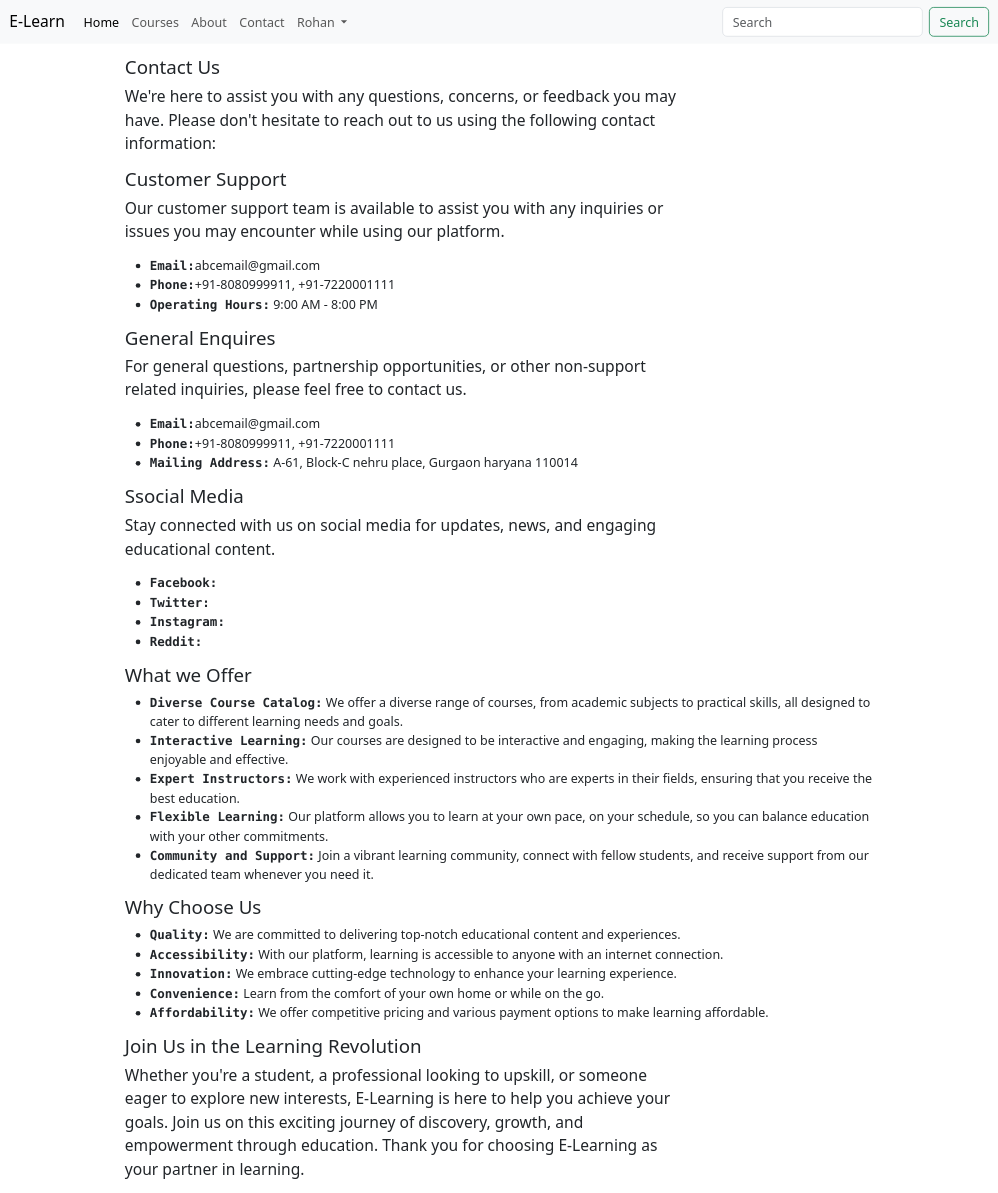
Repository: syni18/bootstrap_elarn
Page: Contact.html
An editor plug-in stored every save of this project. The page is shown before and after the next save, followed by the edit.
The browser window is 1280 px wide. The pictures show the whole page, at 78% of full size.

Above is the page before, as saved 2023-10-25 23:41:59.

### Contact.html
<!DOCTYPE html>
<html lang="en">
  <head>
    <meta charset="utf-8" />
    <meta name="viewport" content="width=device-width, initial-scale=1" />
    <title>E-Learning</title>
    <link
      href="https://cdn.jsdelivr.net/npm/bootstrap@5.3.2/dist/css/bootstrap.min.css"
      rel="stylesheet"
      integrity="sha384-T3c6CoIi6uLrA9TneNEoa7RxnatzjcDSCmG1MXxSR1GAsXEV/Dwwykc2MPK8M2HN"
      crossorigin="anonymous"
    />
  </head>
  <body>
    <nav class="navbar navbar-expand-lg bg-body-tertiary">
      <div class="container-fluid">
        <a class="navbar-brand" href="#">E-Learn</a>
        <button
          class="navbar-toggler"
          type="button"
          data-bs-toggle="collapse"
          data-bs-target="#navbarSupportedContent"
          aria-controls="navbarSupportedContent"
          aria-expanded="false"
          aria-label="Toggle navigation"
        >
          <span class="navbar-toggler-icon"></span>
        </button>
        <div class="collapse navbar-collapse" id="navbarSupportedContent">
          <ul class="navbar-nav me-auto mb-2 mb-lg-0">
            <li class="nav-item">
              <a class="nav-link active" aria-current="page" href="#">Home</a>
            </li>
            <li class="nav-item">
              <a class="nav-link" href="#">Courses</a>
            </li>
            <li class="nav-item">
              <a class="nav-link" href="/About.html">About</a>
            </li>
            <li class="nav-item">
              <a class="nav-link" href="#">Contact</a>
            </li>
            <li class="nav-item dropdown">
              <a
                class="nav-link dropdown-toggle"
                href="#"
                role="button"
                data-bs-toggle="dropdown"
                aria-expanded="false"
              >
                Rohan
              </a>
              <ul class="dropdown-menu">
                <li><a class="dropdown-item" href="#">My Profile</a></li>
                <li><a class="dropdown-item" href="#">My Courses</a></li>
                <li><hr class="dropdown-divider" /></li>
                <li><a class="dropdown-item" href="#">Log Out</a></li>
              </ul>
            </li>
          </ul>
          <form class="d-flex" role="search">
            <input
              class="form-control me-2"
              type="search"
              placeholder="Search"
              aria-label="Search"
            />
            <button class="btn btn-outline-success" type="submit">
              Search
            </button>
          </form>
        </div>
      </div>
    </nav>

    <div class="m-auto w-75">
      <div class="mt-3">
        <h6 class="fs-4">Contact Us</h6>
        <p class="w-75 lead">
          We're here to assist you with any questions, concerns, or feedback you may have. Please don't hesitate to reach out to us using the following contact information:
        </p>
      </div>
      <div class="mt-3">
        <h6 class="fs-4">Customer Support</h6>
        <p class="w-75 lead">
          Our customer support team is available to assist you with any inquiries or issues you may encounter while using our platform.
        </p>
        <ul>
            <li>
                <samp class="fw-bolder">Email:</samp>abcemail@gmail.com
            </li>
            <li>
                <samp class="fw-bolder">Phone:</samp>+91-8080999911, +91-7220001111
            </li>
            <li>
                <samp class="fw-bolder">Operating Hours:</samp> 9:00 AM - 8:00 PM
            </li>
        </ul>
      </div>
      <div class="mt-3">
        <h6 class="fs-4">General Enquires</h6>
        <p class="w-75 lead">
          For general questions, partnership opportunities, or other non-support related inquiries, please feel free to contact us.
        </p>
        <ul>
            <li>
                <samp class="fw-bolder">Email:</samp>abcemail@gmail.com
            </li>
            <li>
                <samp class="fw-bolder">Phone:</samp>+91-8080999911, +91-7220001111
            </li>
            <li>
                <samp class="fw-bolder">Mailing Address:</samp> A-61, Block-C nehru place, Gurgaon haryana 110014
            </li>
        </ul>
      </div>
       <div class="mt-3">
        <h6 class="fs-4">Ssocial Media</h6>
        <p class="w-75 lead">
          Stay connected with us on social media for updates, news, and engaging educational content.
        </p>
        <ul>
            <li>
                <samp class="fw-bolder">Facebook:</samp>
            </li>
            <li>
                <samp class="fw-bolder">Twitter:</samp>
            </li>
            <li>
                <samp class="fw-bolder">Instagram:<samp>
            </li>
            <li>
                <samp class="fw-bolder">Reddit:<samp>
            </li>
        </ul>
      </div>

      <div class="mt-3">
        <h6 class="fs-4">What we Offer</h6>
        <ul class="">
          <li class="">
            <samp class="fw-bolder">Diverse Course Catalog:</samp> We offer a
            diverse range of courses, from academic subjects to practical
            skills, all designed to cater to different learning needs and goals.
          </li>
          <li>
            <samp class="fw-bolder">Interactive Learning:</samp> Our courses are
            designed to be interactive and engaging, making the learning process
            enjoyable and effective.
          </li>
          <li>
            <samp class="fw-bolder">Expert Instructors:</samp> We work with
            experienced instructors who are experts in their fields, ensuring
            that you receive the best education.
          </li>
          <li>
            <samp class="fw-bolder">Flexible Learning:</samp> Our platform
            allows you to learn at your own pace, on your schedule, so you can
            balance education with your other commitments.
          </li>
          <li>
            <samp class="fw-bolder">Community and Support:</samp> Join a vibrant
            learning community, connect with fellow students, and receive
            support from our dedicated team whenever you need it.
          </li>
        </ul>
      </div>
      <div class="mt-3">
        <h6 class="fs-4">Why Choose Us</h6>
        <ul class="">
          <li class="">
            <samp class="fw-bolder">Quality:</samp> We are committed to
            delivering top-notch educational content and experiences.
          </li>
          <li>
            <samp class="fw-bolder">Accessibility:</samp> With our platform,
            learning is accessible to anyone with an internet connection.
          </li>
          <li>
            <samp class="fw-bolder">Innovation:</samp> We embrace cutting-edge
            technology to enhance your learning experience.
          </li>
          <li>
            <samp class="fw-bolder">Convenience:</samp> Learn from the comfort
            of your own home or while on the go.
          </li>
          <li>
            <samp class="fw-bolder">Affordability:</samp> We offer competitive
            pricing and various payment options to make learning affordable.
          </li>
        </ul>
      </div>
      <div class="mt-3">
        <h6 class="fs-4">Join Us in the Learning Revolution</h6>
        <p class="w-75 lead">
          Whether you're a student, a professional looking to upskill, or
          someone eager to explore new interests, E-Learning is here to help you
          achieve your goals. Join us on this exciting journey of discovery,
          growth, and empowerment through education. Thank you for choosing
          E-Learning as your partner in learning.
        </p>
      </div>
    </div>

    <script
      src="https://cdn.jsdelivr.net/npm/bootstrap@5.3.2/dist/js/bootstrap.bundle.min.js"
      integrity="sha384-C6RzsynM9kWDrMNeT87bh95OGNyZPhcTNXj1NW7RuBCsyN/o0jlpcV8Qyq46cDfL"
      crossorigin="anonymous"
    ></script>
  </body>
</html>

After the next save:
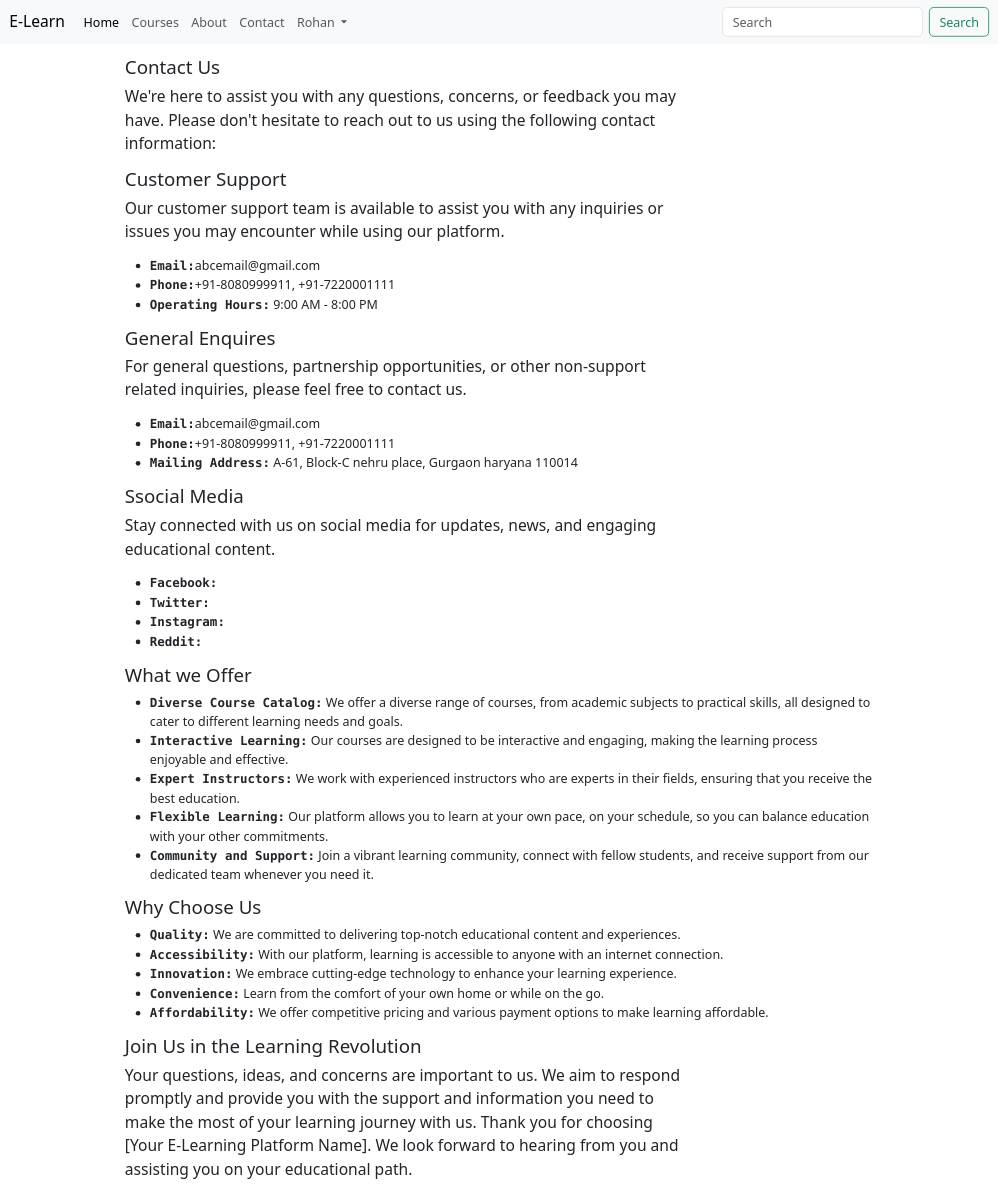
Saved 37 s later.
--- a/Contact.html
+++ b/Contact.html
@@ -193,11 +193,11 @@
       <div class="mt-3">
         <h6 class="fs-4">Join Us in the Learning Revolution</h6>
         <p class="w-75 lead">
-          Whether you're a student, a professional looking to upskill, or
-          someone eager to explore new interests, E-Learning is here to help you
-          achieve your goals. Join us on this exciting journey of discovery,
-          growth, and empowerment through education. Thank you for choosing
-          E-Learning as your partner in learning.
+          Your questions, ideas, and concerns are important to us. We aim to respond promptly and provide you with the support and information you need to make the most of your learning journey with us.
+
+Thank you for choosing [Your E-Learning Platform Name]. We look forward to hearing from you and assisting you on your educational path.
+
+
         </p>
       </div>
     </div>
